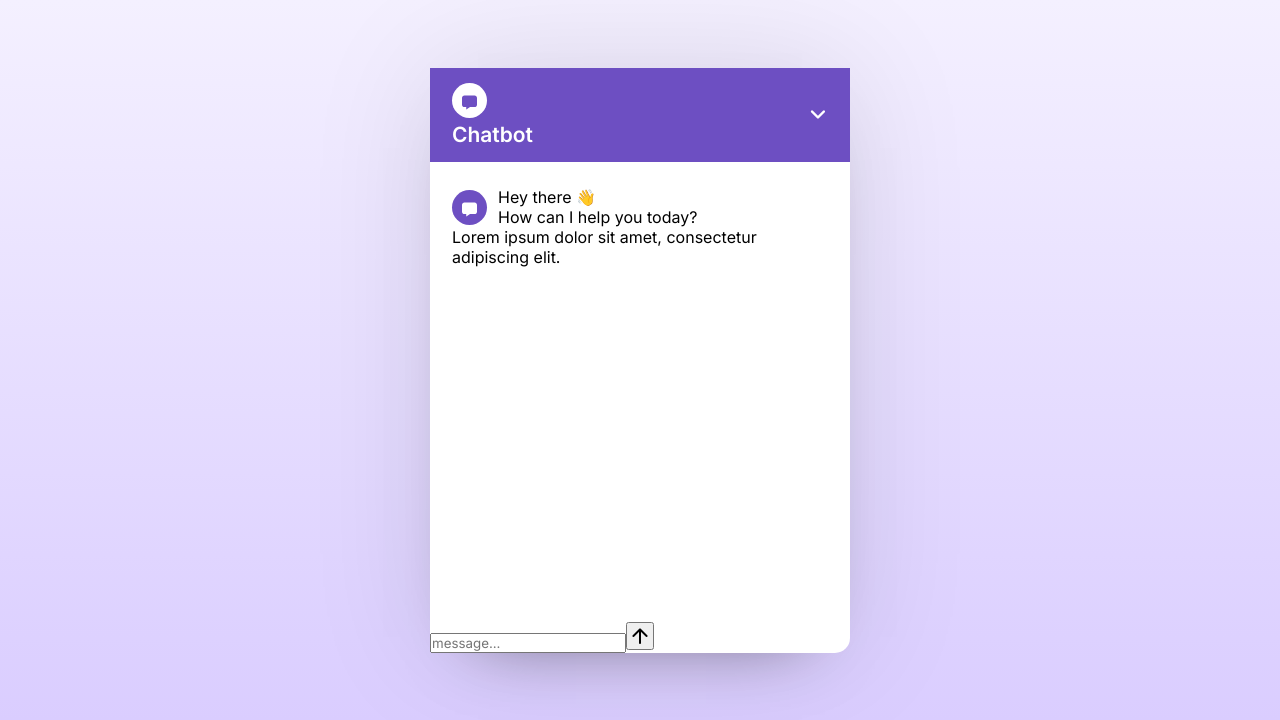
Repository: gogg23/chatbot
Page: / (app in chatbot/)
An editor plug-in stored every save of this project. The page is shown before and after the next save, followed by the edit.
The browser window is 1280 px wide. The pictures show the whole page.
The project was rebuilt for these pictures with package versions that can differ from the ones it lists, and the page was loaded fresh each time. Also part of the build but not shown: chatbot/vite.config.js.

Above is the page before, as saved 2025-01-17 11:13:25.

After the next save:
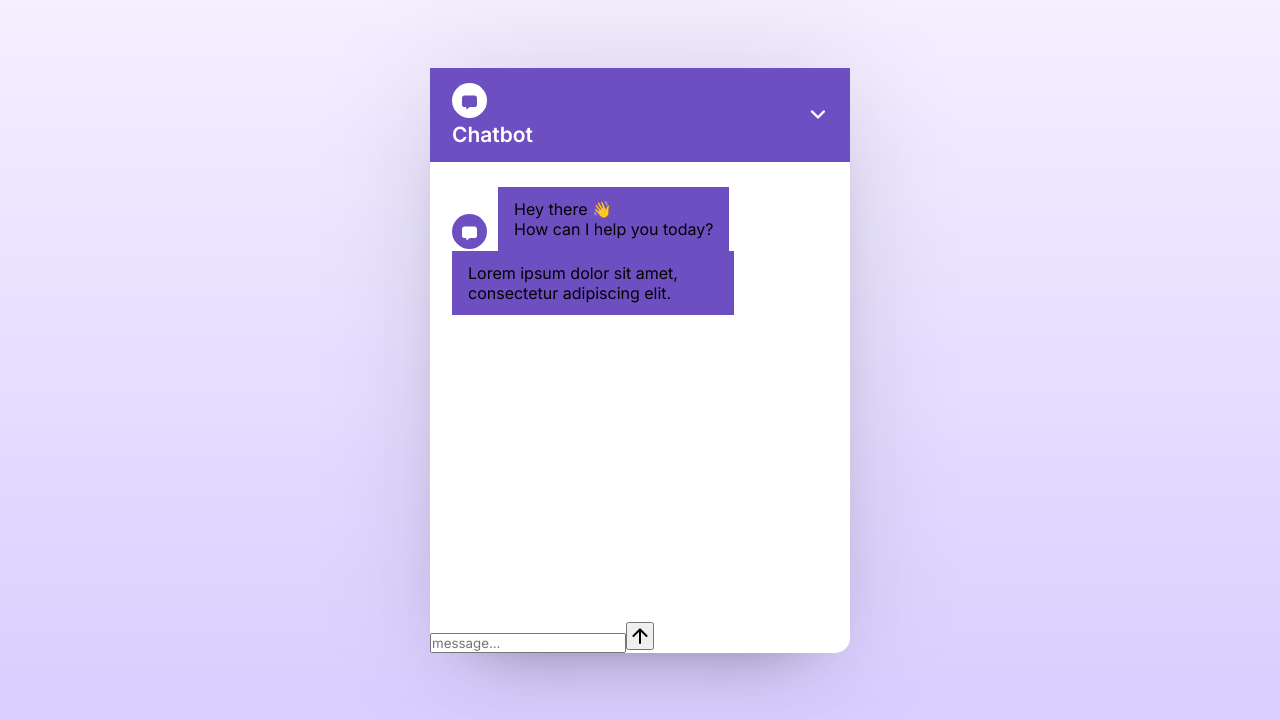
Saved 11 min 27 s later.
--- a/chatbot/src/index.css
+++ b/chatbot/src/index.css
@@ -97,4 +97,7 @@ body {
 }
 
 .chat-body .message .message-text {
+  padding: 12px 16px;
+  max-width: 75%;
+  background: #6d4fc2;
 }
